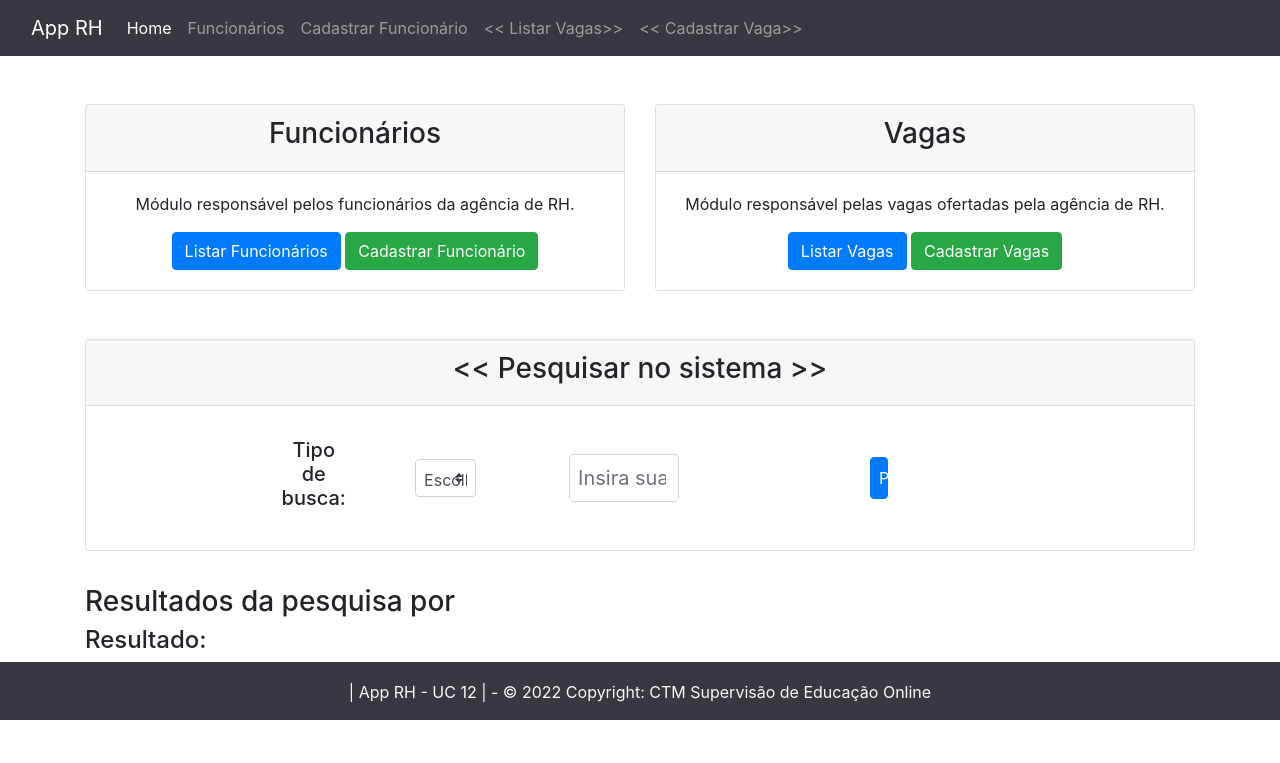
Repository: FilosoDev/SPRING-BOOT-testes
Page: http://localhost/index
The author's editor kept a copy of each file at every save. The page is drawn from the files as they stood at one save, then again after the next save.
The browser window is 1280 px wide. The pictures show the whole page.
The page is this project's Thymeleaf template; nobody is signed in. The template is opened directly, without the code that normally fills it, so the values that code supplies are empty.

Above is the page before, as saved 2021-11-23 17:26:35.
Console error: TypeError: Cannot read properties of undefined (reading 'fn')

After the next save:
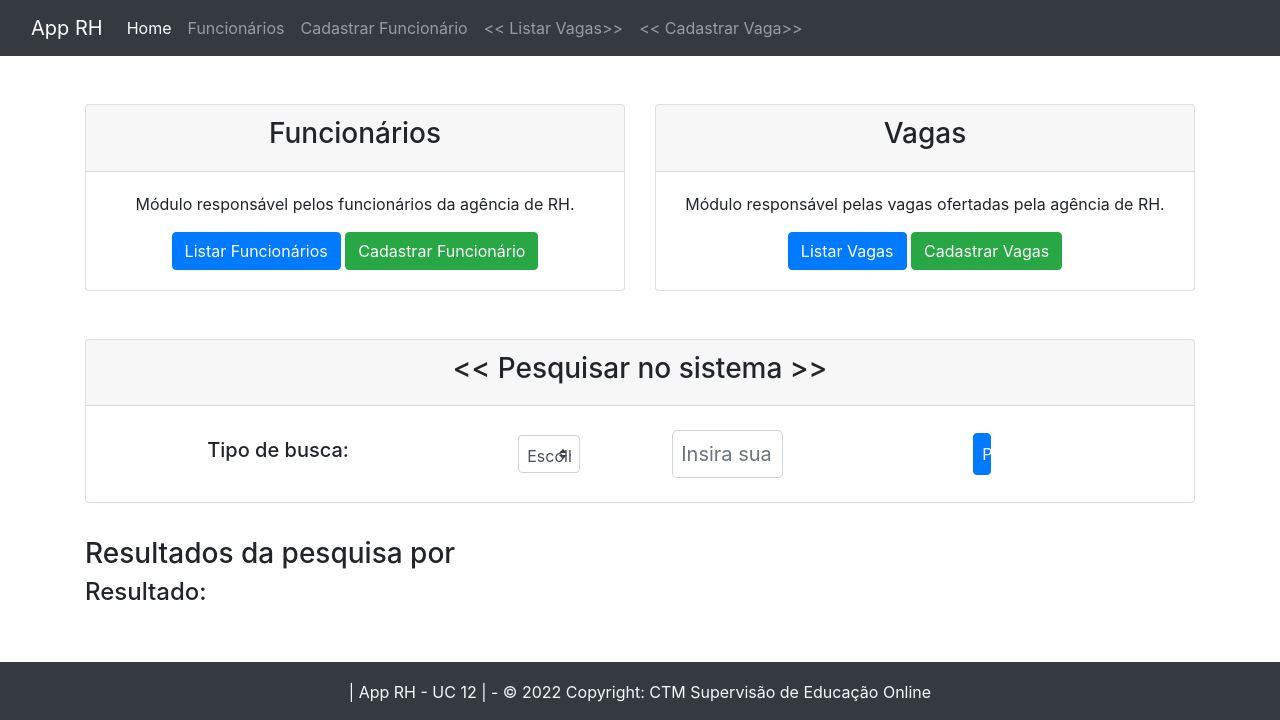
Saved 15 s later.
--- a/AppRH/AppRH/src/main/resources/templates/index.html
+++ b/AppRH/AppRH/src/main/resources/templates/index.html
@@ -104,9 +104,9 @@
 						<div class="row form-group justify-content-center w-100 p-2">
 
 
-							<div class="row">
-
-								<label for="cars" class="my-3 p-2 col-8 col-md-4"><h5>Tipo de
+							<div class="row  col-8 col-md-4">
+
+								<label for="cars" class="my-3 p-2"><h5>Tipo de
 										busca:</h5></label>
 							</div>
 							<div class="row">
